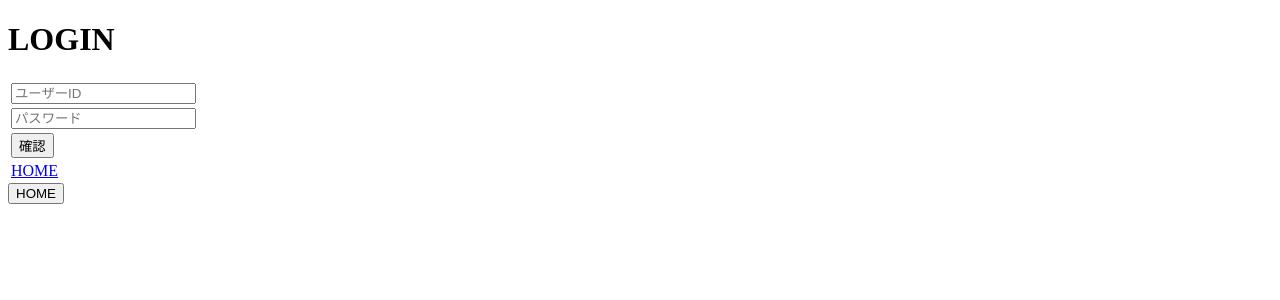
Repository: ryuhei0204/test
Page: http://localhost/Mytest/login.jsp
An editor plug-in stored every save of this project. The page is shown before and after the next save, followed by the edit.
The browser window is 1280 px wide. The pictures show the whole page.
The page is served by Tomcat 9. Other server files are loaded and not shown.

Above is the page before, as saved 2019-06-26 07:51:47.

### Mytest/WebContent/login.jsp
<%@ page language="java" contentType="text/html; charset=UTF-8"
    pageEncoding="UTF-8"%>
<%@ taglib prefix = "s" uri = "/struts-tags" %>
<!DOCTYPE html>
<html>
<head>
<meta http-equiv="Content-Type" content="text/html; charset=UTF-8">
<title>LOGIN画面</title>
</head>
<body>
<h1>LOGIN</h1>
<s:if test = "!(errorMessage.isEmpty()) && errorMessage != null">
   <s:property value = "errorMessage" escape="false"/>
</s:if>
<form action = "LoginConfirmAction" method = "post">
<table>
   <tr>
      <td><input type = "text" name = "userId" value = "<s:property value = 'userId'/>" placeholder = "ユーザーID"/></td>
   </tr>
   <tr>
      <td><input type = "password" name = "password" value = "" placeholder = "パスワード"/></td>
   </tr>
   <tr>
      <td><input type = "submit" value = "確認"/></td>
   </tr>
   <tr>
      <td><a href = '<s:url action = "GoHomeAction" />'>HOME</a></td>
   </tr>
</table>
</form>
<!-- formの中に入れると利かないので注意！ -->
<a href = '<s:url action = "GoHomeAction" />'><input type = "button" value = "HOME"/></a>
</body>
</html>

After the next save:
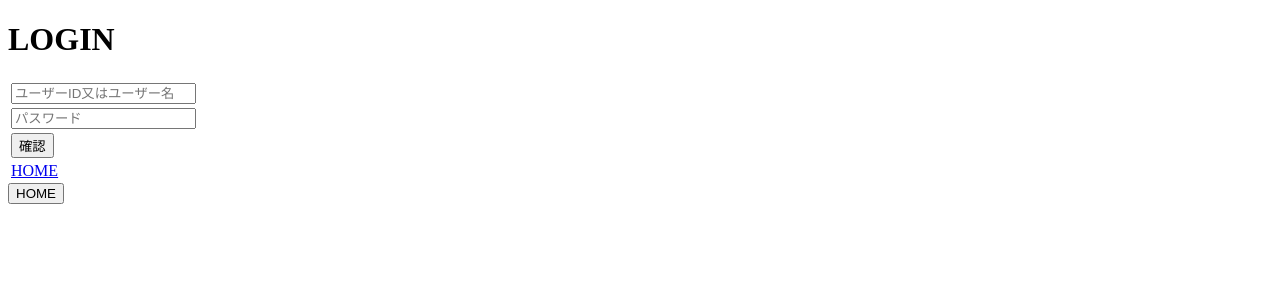
Saved 95 s later.
--- a/Mytest/WebContent/login.jsp
+++ b/Mytest/WebContent/login.jsp
@@ -15,7 +15,7 @@
 <form action = "LoginConfirmAction" method = "post">
 <table>
    <tr>
-      <td><input type = "text" name = "userId" value = "<s:property value = 'userId'/>" placeholder = "ユーザーID"/></td>
+      <td><input type = "text" name = "userId" value = "<s:property value = 'userId'/>" placeholder = "ユーザーID又はユーザー名"/></td>
    </tr>
    <tr>
       <td><input type = "password" name = "password" value = "" placeholder = "パスワード"/></td>
